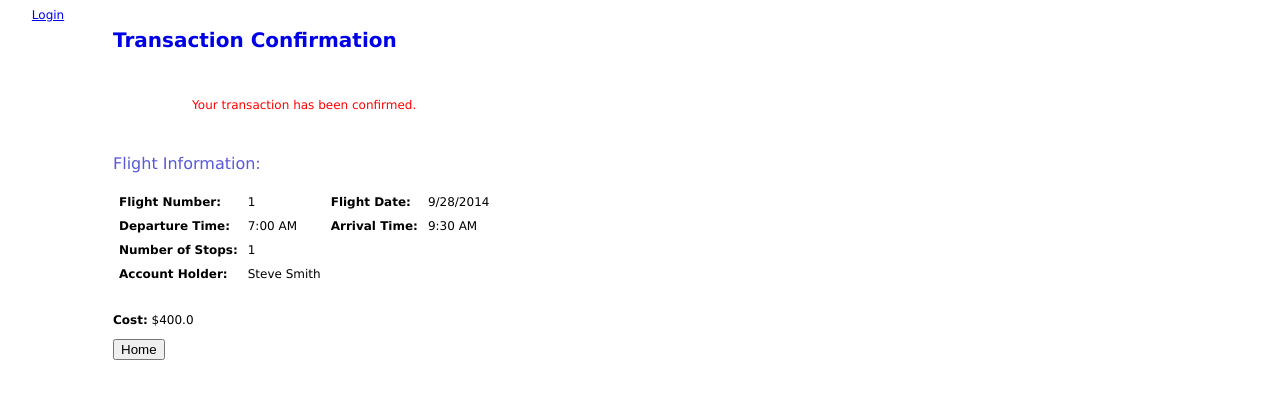
Repository: jliu9000/CSE-464---Flight-Pages
Page: http://localhost/HW1/TransactionConfirmation.jsp
The author's editor kept a copy of each file at every save. The page is drawn from the files as they stood at one save, then again after a run of saves.
The browser window is 1280 px wide. The pictures show the whole page.
The page is served by Tomcat 9.

Above is the page before, as saved 2014-09-22 22:14:05.

After the next 2 saves:
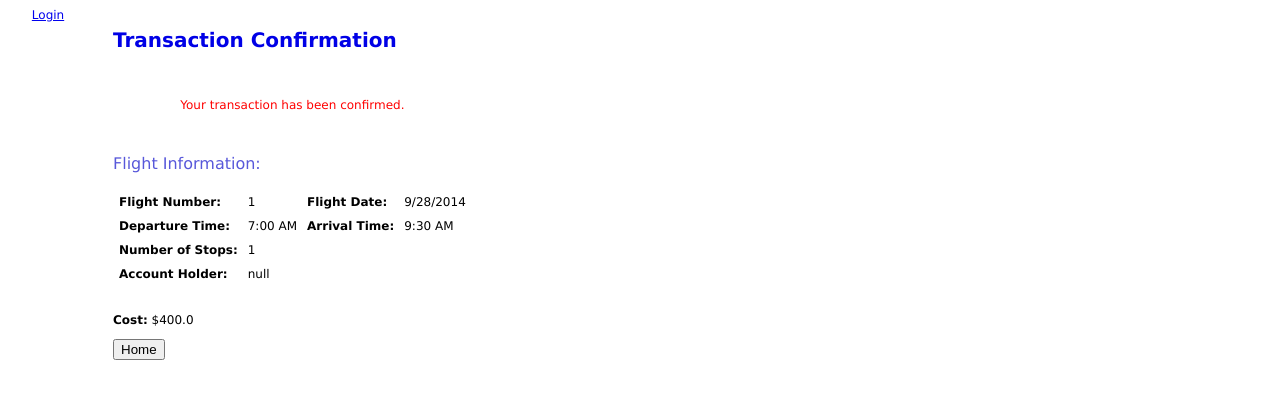
The 2 saves are shown as one change because they came seconds apart.
The last was saved 71 s later.
--- a/HW1/WebContent/TransactionConfirmation.jsp
+++ b/HW1/WebContent/TransactionConfirmation.jsp
@@ -42,7 +42,7 @@
 				<td class='key'>Number of Stops:</td><td><%=r.getNumberOfStops() %></td>
 			</tr>
 			<tr>
-				<td class='key'>Account Holder:</td><td>Steve Smith</td>
+				<td class='key'>Account Holder:</td><td><%=request.getParameter("sAccountHolder")%></td>
 			</tr>
 		</table>
 		<br>
